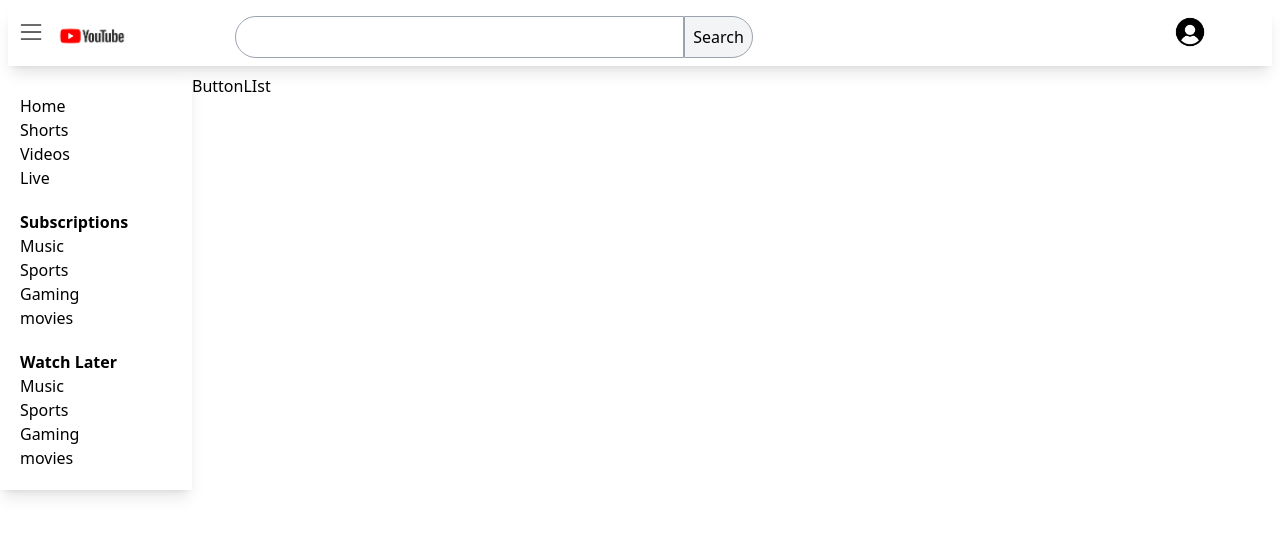
Repository: AmolPawar7181/namaste-youtube
Page: /watch
The author's editor kept a copy of each file at every save. The page is drawn from the files as they stood at one save, then again after the next save.
The browser window is 1280 px wide. The pictures show the whole page.
The page's requests for data from a server got no answer. The project was rebuilt for these pictures with package versions that can differ from the ones it lists, and the page was loaded fresh each time. No one was signed in, and anything a server would have sent is missing. Also part of the build but not shown: vite.config.ts, src/components/VideoCard.tsx.

Above is the page before, as saved 2023-03-24 12:56:17.

After the next save:
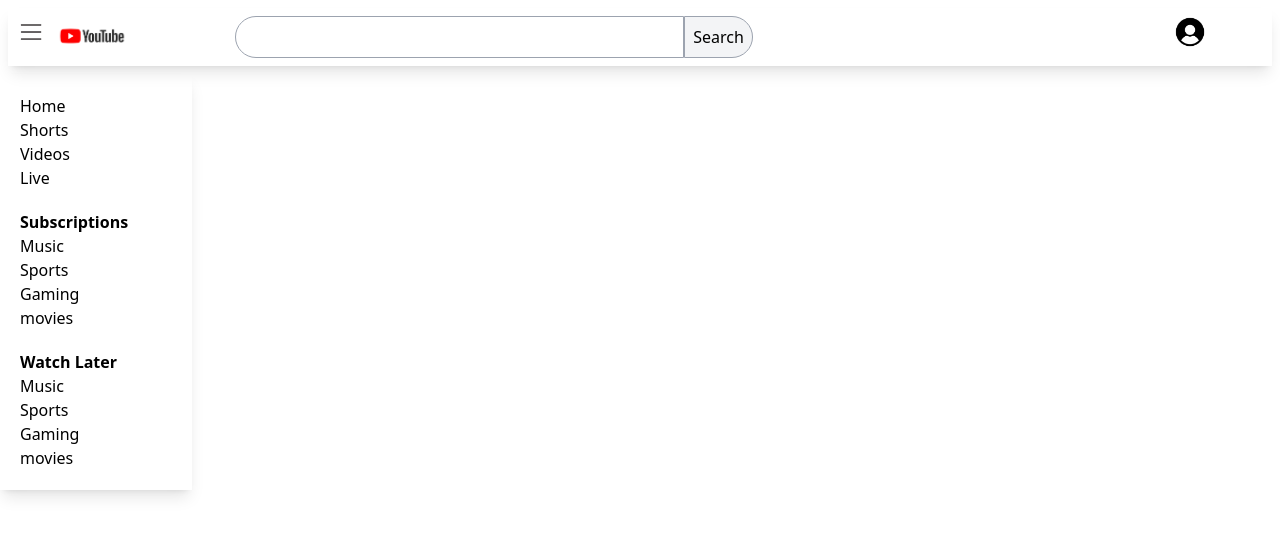
Saved 4 min 37 s later.
--- a/src/components/Body.tsx
+++ b/src/components/Body.tsx
@@ -1,4 +1,4 @@
-import React from 'react';
+import {Outlet} from 'react-router-dom';
 import MainContainer from './MainContainer';
 import SideBar from './SideBar';
 
@@ -6,7 +6,7 @@
 	return (
 		<div className='flex'>
 			<SideBar />
-			<MainContainer />
+			<Outlet />
 		</div>
 	);
 };
